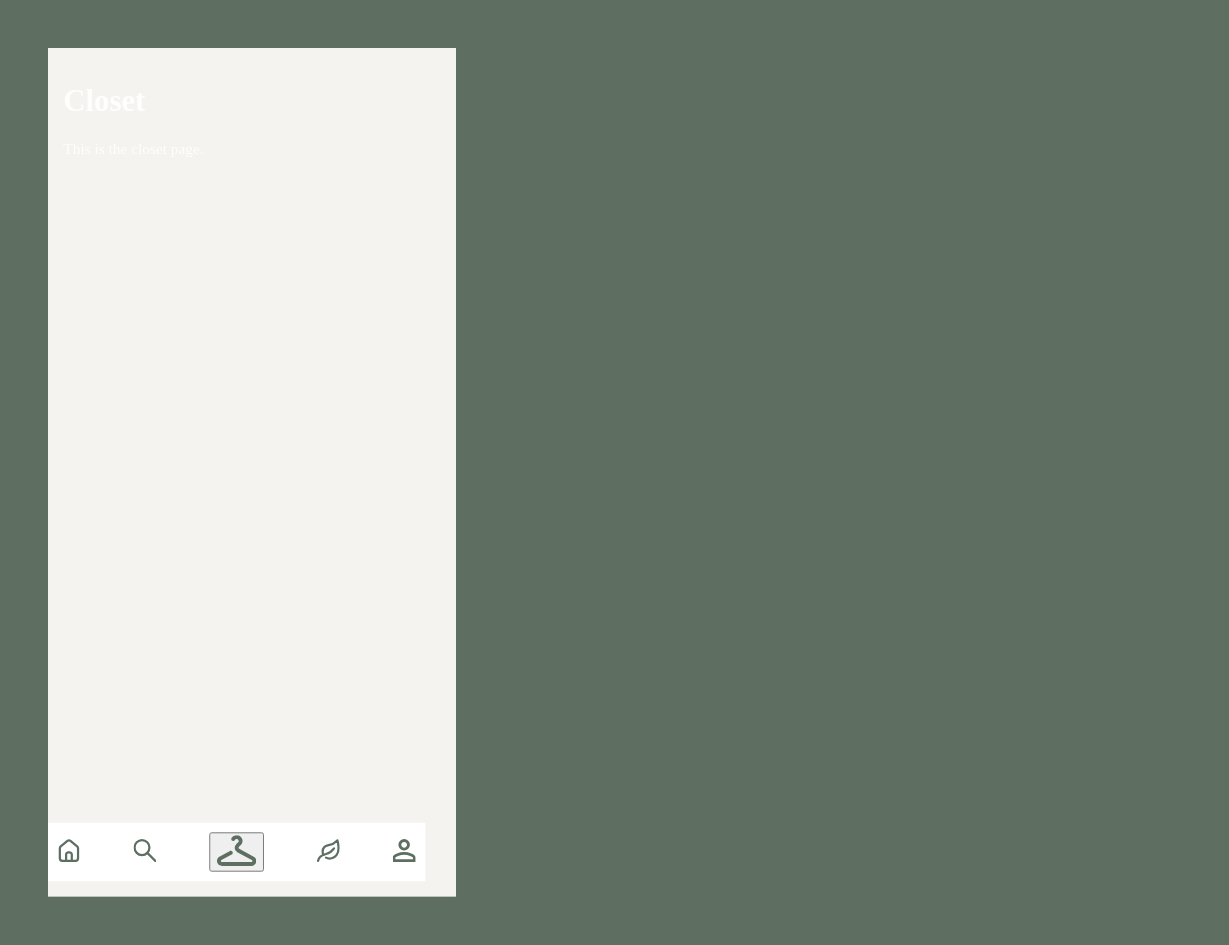
Repository: Strawb3rryjam/app-slotion
Page: /closet
These files come from the project's save history. The page is drawn as it stood at one moment and after the next save; the edit follows.
The browser window is 1280 px wide. The pictures show the whole page, at 96% of full size.
The project was rebuilt for these pictures with package versions that can differ from the ones it lists, and the page was loaded fresh each time. Also part of the build but not shown: vite.config.js, src/App.css, src/css/closetPageButton.module.css. Imported but missing from the stored project, and not drawn on this page: src/pages/Home.

Above is the page before, as saved 2025-05-07 13:15:23.

After the next save:
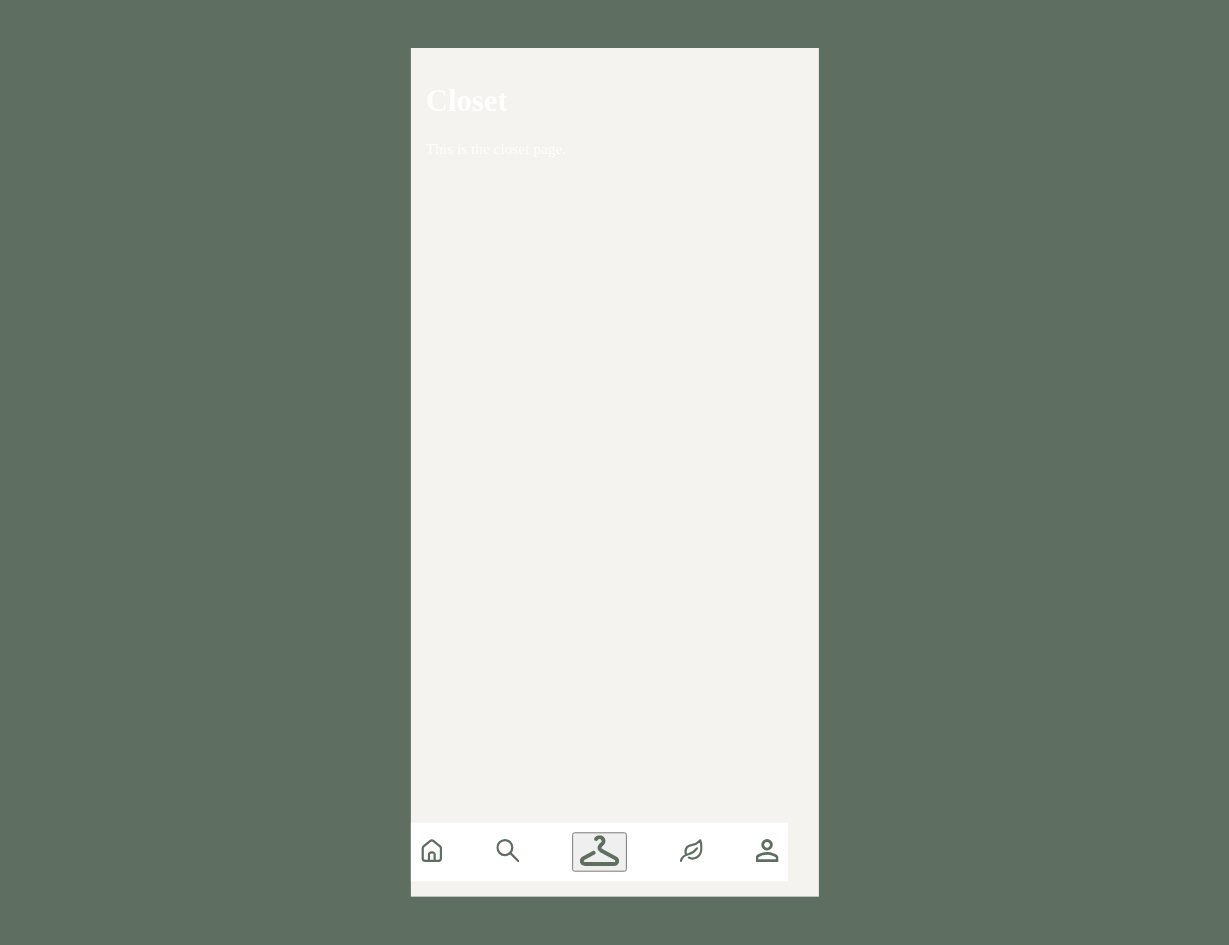
Saved 22 s later.
--- a/src/index.css
+++ b/src/index.css
@@ -7,7 +7,8 @@ body {
   min-height: 852px;
   padding: 16px;
   margin: 0 auto;
-  margin: 50px;;
+  margin-top: 50px;
+  margin-bottom: 50px;
   background-color: #F5F3EF;
   position: relative;
 
